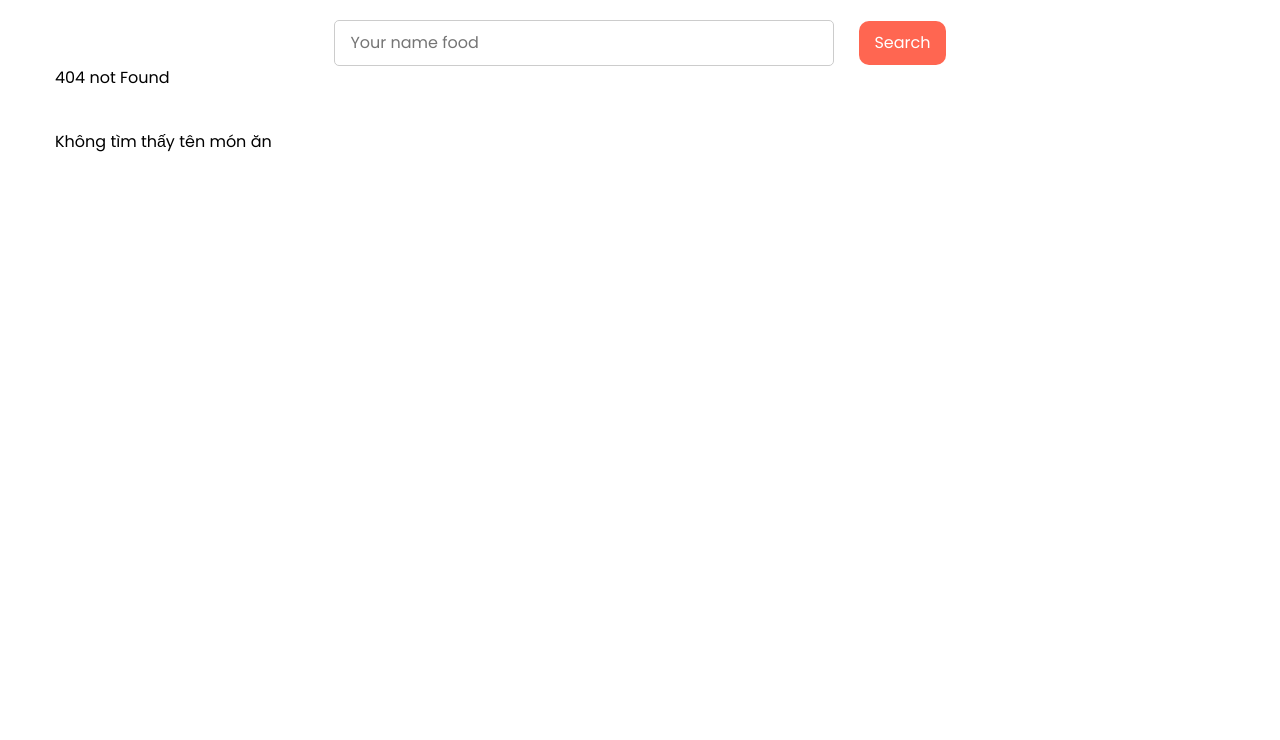
Repository: hoang0508/ReactJsDevWork
Page: /
An editor plug-in stored every save of this project. The page is shown before and after the next save, followed by the edit.
The browser window is 1280 px wide. The pictures show the whole page.
The page's requests for data from a server got no answer. The project was rebuilt for these pictures with package versions that can differ from the ones it lists, and the page was loaded fresh each time. No one was signed in, and anything a server would have sent is missing.

Above is the page before, as saved 2022-02-05 23:37:40.

### src/index.scss
body {
  margin: 0;
  font-family: "Poppins", sans-serif;
  font-size: 16px;
  -webkit-font-smoothing: antialiased;
  -moz-osx-font-smoothing: grayscale;
}

code {
  font-family: source-code-pro, Menlo, Monaco, Consolas, "Courier New",
    monospace;
}

### src/App.js
import "./App.scss";
// import Button from "./components/Button/Button";
import Food from "./components/FoodApi/Food";

function App() {
  return (
    <>
      {/* <div>Hello</div> */}
      <Food />
      {/* <Button /> */}
    </>
  );
}

export default App;

### src/App.scss
@import url("https://fonts.googleapis.com/css2?family=Poppins:ital,wght@0,300;0,400;0,500;0,600;0,700;1,600&family=Red+Hat+Display:wght@300;400;500;600;700&display=swap");
*,
*::before,
*::after {
  box-sizing: border-box;
}
body,
h1,
h2,
h3,
h4,
h5,
h6,
p,
figure,
picture {
  margin: 0;
}
body {
  min-height: 100vh;
  line-height: 1.5;
}
input,
button,
select,
textarea {
  font: inherit;
}
img,
picture {
  display: block;
  max-width: 100%;
}
/* remove animation for people who've turned them off */
@media (prefers-reduced-motion: reduce) {
  *,
  *::before,
  *::after {
    animation-duration: 0.01ms !important;
    animation-iteration-count: 1 !important;
    transition-duration: 0.01ms !important;
    scroll-behavior: auto !important;
  }
}

// body {
//   background: #eb3349; /* fallback for old browsers */
//   background: -webkit-linear-gradient(
//     to right,
//     #f45c43,
//     #eb3349
//   ); /* Chrome 10-25, Safari 5.1-6 */
//   background: linear-gradient(
//     to right,
//     #f45c43,
//     #eb3349
//   ); /* W3C, IE 10+/ Edge, Firefox 16+, Chrome 26+, Opera 12+, Safari 7+ */
// }

### src/components/FoodApi/Food.js
// import lodas from "lodash";
import React, { useState } from "react";
import useHookFoodAPI from "../../hooks/useHookFoodAPI";
import useHookFoodAPI2 from "../../hooks/useHookFoodAPI2";
import "./Food.scss";

const Food = () => {
  // khởi tạo data ô input
  const [queryMeals, setQueryMeals] = useState("chicken_breast");
  const { data, loading, notFound, setUrl } = useHookFoodAPI(
    `https://www.themealdb.com/api/json/v1/1/filter.php?i=${queryMeals}`
  );
  const { data2, setUrl2 } = useHookFoodAPI2(
    `https://www.themealdb.com/api/json/v1/1/lookup.php?i=53016`
  );
  //
  const handleChangeFood = (e) => {
    setQueryMeals(e.target.value);
  };
  // Hàm Btn Click URL
  const handleDataFood = (e) => {
    e.preventDefault();
    setUrl(
      `https://www.themealdb.com/api/json/v1/1/filter.php?i=${queryMeals}`
    );
  };
  const handleBtnDetails = (e, id) => {
    e.preventDefault();
    setUrl2(`https://www.themealdb.com/api/json/v1/1/lookup.php?i=${id}`);
  };
  console.log(data2);
  return (
    <>
      <div className="food">
        <form>
          {/* input */}
          <input
            className="food-input"
            type="text"
            // defaultValue={queryMeals}
            placeholder="Your name food"
            onChange={(e) => handleChangeFood(e)}
          />
          <button onClick={(e) => handleDataFood(e)} className="food-btn">
            Search
          </button>
        </form>
        {/* loading */}
        {loading && <div className="food-loading"></div>}
        {/* Not found 404 */}
        {!loading && notFound && <p>404 not Found</p>}
        {/* foodlist */}
        <div className="food-list">
          {!data.meals && <div>Không tìm thấy tên món ăn</div>}
          {!loading &&
            data.meals &&
            data.meals.length > 0 &&
            data.meals.map((item, index) => {
              if (!item.strMeal || item.strMeal.length <= 0) {
                return null;
              }
              return (
                <div className="food-item" key={item.idMeal}>
                  <div className="food-image">
                    <img src={item.strMealThumb} alt="" />
                  </div>
                  <div className="food-title">{item.strMeal}</div>
                  <button
                    onClick={(e, id) => handleBtnDetails(e, item.idMeal)}
                    className="food-btn food-btn--primary"
                  >
                    Watch Details
                  </button>
                  <div className="food-modal">
                    <div className="food-container">
                      <div className="food-title"></div>
                      <h3>Details: </h3>
                      <div className="food-desc">
                        Lorem ipsum dolor sit amet consectetur adipisicing elit.
                        Quis ad, facere repellat laudantium unde sunt quas enim
                        quia eius possimus magnam obcaecati accusantium vero,
                        delectus tenetur inventore dolore culpa animi.
                      </div>
                      <div className="modal-images">
                        <img src="" alt="" />
                      </div>
                    </div>
                  </div>
                </div>
              );
            })}
        </div>
      </div>
    </>
  );
};

export default Food;

### src/hooks/useHookFoodAPI.js
import axios from "axios";
import { useEffect, useRef, useState } from "react";

export default function useHookFoodAPI(initialUrl, initialData) {
  // render data
  const [data, setData] = useState([]);
  // Loading
  const [loading, setLoading] = useState(true);
  // Not found search
  const [notFound, setNotFound] = useState("");
  // url Link API
  const [url, setUrl] = useState(initialUrl);
  const fetchDataFood = useRef();
  fetchDataFood.current = async () => {
    setLoading(true);
    try {
      const reponse = await axios.get(url);
      setData(reponse.data);
      setLoading(false);
    } catch (err) {
      setLoading(false);
      setNotFound(`404 ${err}`);
    }
  };
  // Fuction onChange input
  // const handleChangeFood = lodash.debounce((e) => {
  //   setQueryMeals(e.target.value);
  // }, 500);
  // useEffect
  useEffect(() => {
    fetchDataFood.current();
  }, [url]);
  return {
    data,
    loading,
    notFound,
    setUrl,
  };
}

### src/hooks/useHookFoodAPI2.js
import axios from "axios";
import { useEffect, useRef, useState } from "react";

export default function useHookFoodAPI2(initialUrl, initialData) {
  // render data
  const [data2, setData] = useState([]);
  // Loading
  const [loading, setLoading] = useState(true);
  // Not found search
  const [notFound, setNotFound] = useState("");
  // url Link API
  const [url, setUrl2] = useState(initialUrl);
  const fetchDataFood = useRef();
  fetchDataFood.current = async () => {
    setLoading(true);
    try {
      const reponse = await axios.get(url);
      setData(reponse.data);
      setLoading(false);
    } catch (err) {
      setLoading(false);
      setNotFound(`404 ${err}`);
    }
  };
  // Fuction onChange input
  // const handleChangeFood = lodash.debounce((e) => {
  //   setQueryMeals(e.target.value);
  // }, 500);
  // useEffect
  useEffect(() => {
    fetchDataFood.current();
  }, [url]);
  return {
    data2,
    loading,
    notFound,
    setUrl2,
  };
}

### src/components/FoodApi/Food.scss
.food {
  max-width: 1170px;
  margin: 20px auto 0;
  form {
    display: flex;
    align-items: center;
    justify-content: center;
    gap: 0 25px;
    margin: 0 auto;
  }
  &-input {
    display: block;
    max-width: 500px;
    width: 100%;
    border: 1px solid #ccc;
    border-radius: 5px;
    padding: 10px 15px;
    outline: none;
    overflow: hidden;
    transition: all 0.25s linear;
  }
  &-input:focus {
    border-color: #2cccff;
  }
  &-btn {
    padding: 10px 15px;
    background-color: #ff6651;
    color: #fff;
    outline: none;
    border: 0;
    border-radius: 10px;
    cursor: pointer;
  }
  &-btn--primary {
    display: block;
    margin: 0 auto;
    margin-top: auto;
    margin-bottom: 20px;
  }
  &-list {
    display: grid;
    grid-template-columns: repeat(3, 1fr);
    grid-gap: 40px;
    margin: 40px 0 100px;
  }
  &-item {
    background-color: #fff;
    border-radius: 10px;
    border: 1px solid #ccc;
    overflow: hidden;
    cursor: pointer;
    // transition: all 0.25s linear;
    display: flex;
    flex-direction: column;
  }
  &-image {
    height: 300px;
    img {
      width: 100%;
      height: 100%;
      object-fit: cover;
    }
  }
  &-title {
    text-align: center;
    margin-top: 15px;
    font-size: 20px;
    padding: 10px 0;
  }
  &-loading {
    width: 80px;
    height: 80px;
    border-radius: 100rem;
    border: 5px solid #2cccff;
    border-right: transparent;
    animation: foodLoading 2s linear infinite;
    margin: 50px auto;
  }
  @keyframes foodLoading {
    0% {
      transform: rotate(0deg);
    }
    // 50% {
    //   transform: rotate(45deg);
    // }
    100% {
      transform: rotate(360deg);
    }
  }
  &-modal {
    // position: fixed;
    // top: 0;
    // left: 0;
    // right: 0;
    // bottom: 0;
    // z-index: 999999;
    // background-color: rgba(0, 0, 0, 0.25);
    display: flex;
    align-items: center;
    justify-content: center;
    flex-direction: column;
    // opacity: 0;
    // visibility: hidden;
    // transition: all 0.2s ease;
  }
  &-container {
    max-width: 500px;
    overflow-y: scroll;
    background-color: #fff;
    box-shadow: rgba(100, 100, 111, 0.2) 0px 7px 29px 0px;
    padding: 10px 25px;
    border-radius: 10px;
  }
}

Loaded but not shown: public/index.html (common file); src/index.js (common file); src/reportWebVitals.js (common file)

After the next save:
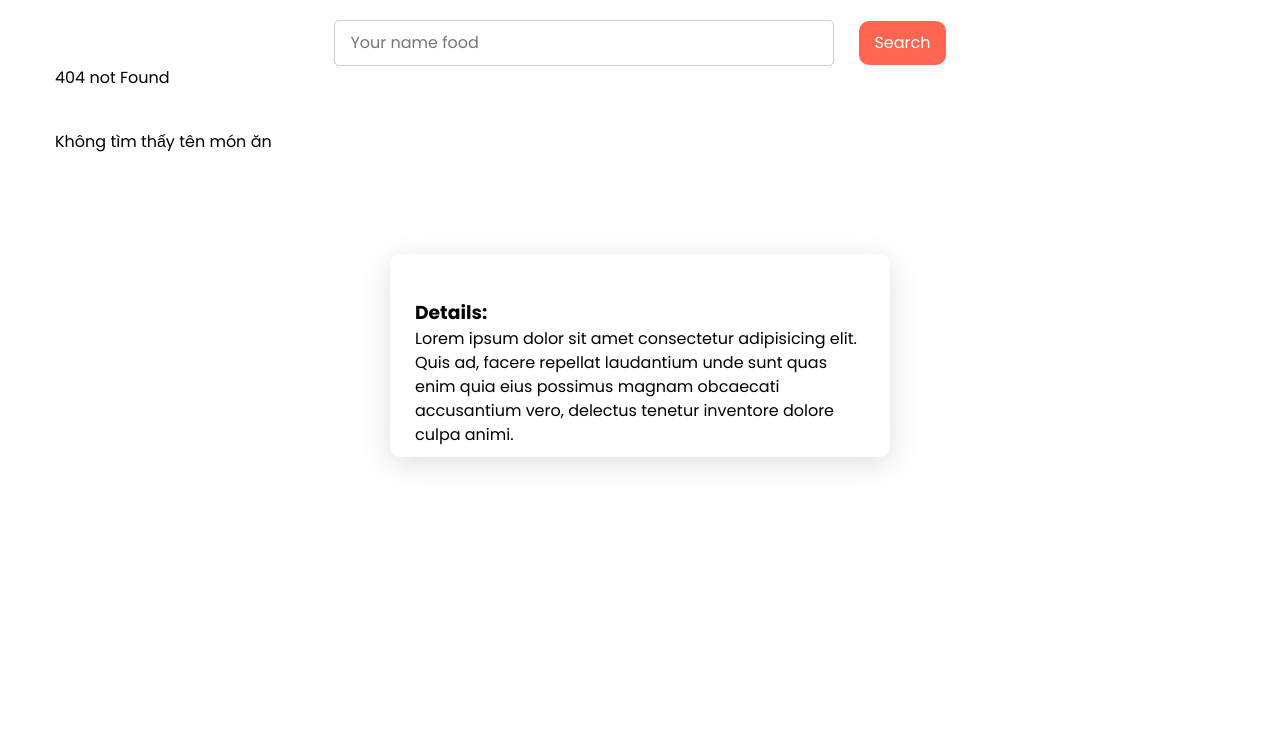
Saved 2 min 51 s later.
--- a/src/components/FoodApi/Food.js
+++ b/src/components/FoodApi/Food.js
@@ -11,7 +11,7 @@ const Food = () => {
     `https://www.themealdb.com/api/json/v1/1/filter.php?i=${queryMeals}`
   );
   const { data2, setUrl2 } = useHookFoodAPI2(
-    `https://www.themealdb.com/api/json/v1/1/lookup.php?i=53016`
+    `https://www.themealdb.com/api/json/v1/1/lookup.php?i=1`
   );
   //
   const handleChangeFood = (e) => {
@@ -71,24 +71,24 @@ const Food = () => {
                   >
                     Watch Details
                   </button>
-                  <div className="food-modal">
-                    <div className="food-container">
-                      <div className="food-title"></div>
-                      <h3>Details: </h3>
-                      <div className="food-desc">
-                        Lorem ipsum dolor sit amet consectetur adipisicing elit.
-                        Quis ad, facere repellat laudantium unde sunt quas enim
-                        quia eius possimus magnam obcaecati accusantium vero,
-                        delectus tenetur inventore dolore culpa animi.
-                      </div>
-                      <div className="modal-images">
-                        <img src="" alt="" />
-                      </div>
-                    </div>
-                  </div>
                 </div>
               );
             })}
+        </div>
+        <div className="food-modal">
+          <div className="food-container">
+            <div className="food-title"></div>
+            <h3>Details: </h3>
+            <div className="food-desc">
+              Lorem ipsum dolor sit amet consectetur adipisicing elit. Quis ad,
+              facere repellat laudantium unde sunt quas enim quia eius possimus
+              magnam obcaecati accusantium vero, delectus tenetur inventore
+              dolore culpa animi.
+            </div>
+            <div className="modal-images">
+              <img src="" alt="" />
+            </div>
+          </div>
         </div>
       </div>
     </>
